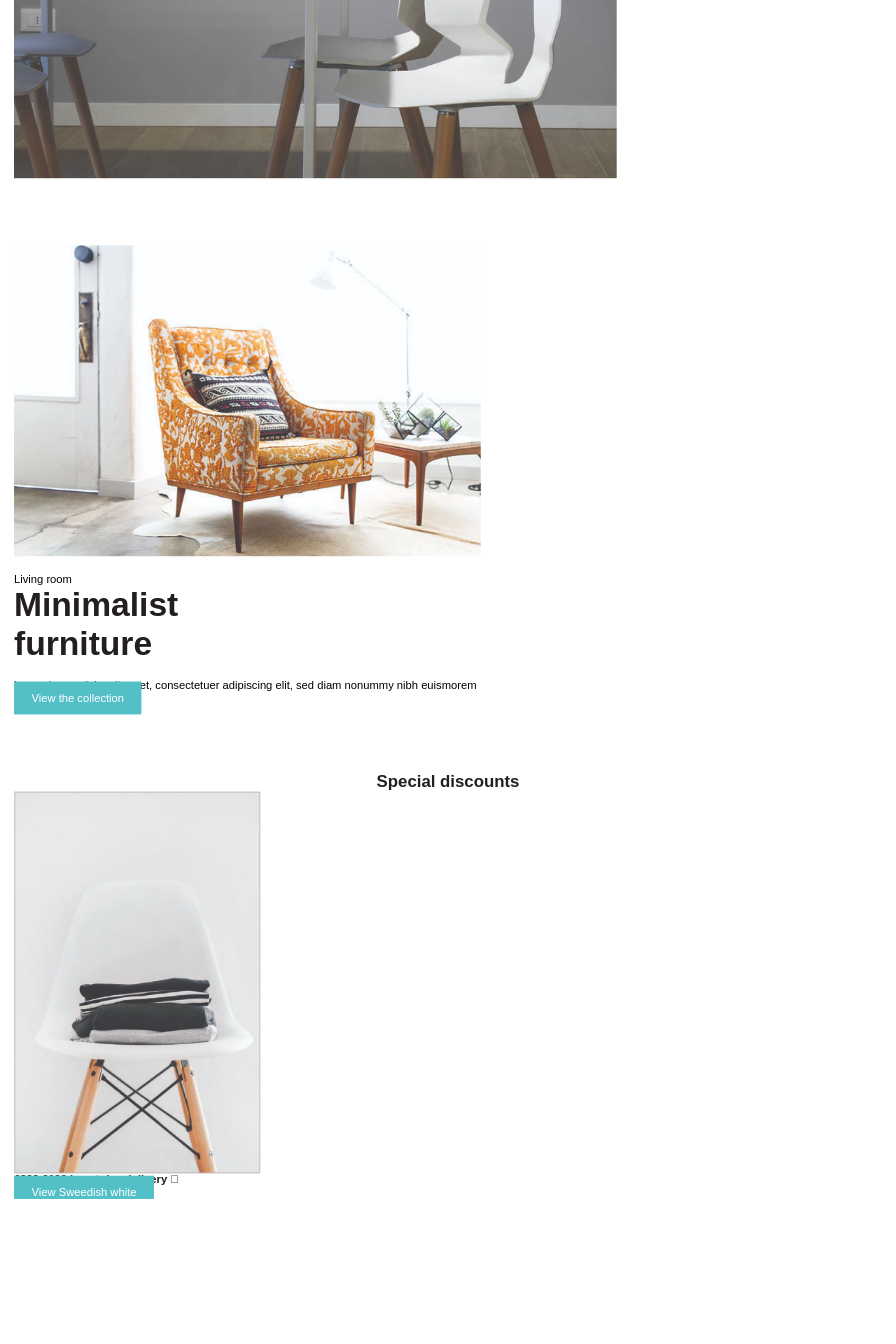
Repository: dinhhaidh/republic-web
Page: index.html
An editor plug-in stored every save of this project. The page is shown before and after the next save, followed by the edit.
The browser window is 1280 px wide. The pictures show the part of the page from y = 932 to 2852 px (the page is 2852 px tall before and 2694 px after), at 70% of full size.
Some web fonts or font styles are not loaded; a fallback is used. Some web libraries are served in a nearby version.

Above is the page before, as saved 2024-01-24 17:22:03.

### index.html
<!DOCTYPE html>
<html lang="en">
<head>
    <meta charset="UTF-8">
    <meta name="viewport" content="width=device-width, initial-scale=1.0">

    <!--=============== FAVICON ===============-->
    <link rel="shortcut icon" href="assets/img/favicon.png" type="image/x-icon">

    <!--=============== REMIXICONS ===============-->
    <link rel="stylesheet" href="https://cdn.jsdelivr.net/npm/remixicon@4.1.0/fonts/remixicon.min.css">

    <link
    rel="stylesheet"
    href="https://cdn.jsdelivr.net/npm/swiper@11/swiper-bundle.min.css"
  />

    <!--=============== CSS ===============-->
    <link rel="stylesheet" href="style.css">

    <title>Responsive </title>
</head>
<body>
    <!--==================== HEADER ====================-->
    <header class="header" id="header">
        <nav class="nav container">
            <a href="#" class="nav__logo">
                <img src="./img/logo.jpg" alt="image" class="nav__img">
            </a>
            <div class="nav__menu" id="nav-menu">
                <ul class="nav__list">
                    <li class="nav__item">
                        <a href="#home" class="nav__link">Home</a>
                    </li>
                    <li class="nav__item">
                        <a href="#bedroom" class="nav__link">Bedroom</a>
                    </li>
                    <li class="nav__item">
                        <a href="#lounge" class="nav__link">Lounge</a>
                    </li>
                    <li class="nav__item">
                        <a href="#kitchen" class="nav__link">Kitchen</a>
                    </li>
                    <li class="nav__item">
                        <a href="#lighting" class="nav__link">Lighting</a>
                    </li>
                </ul>
                <div class="nav__close" id="nav-close">
                    <i class="ri-close-line"></i>
                </div>
            </div>

            <form action="" class="nav__button">
                <div class="button">
                    <input type="text" placeholder="Find something..." class="form-control">
                    <i class="ri-search-line button__search"></i>
                </div>
                <div class="shopping">
                    <i class="ri-shopping-cart-line "></i>
                    <span class="shopping__quantity">0</span>
                </div>
            </form>
            <!-- toggle -->
            <div class="nav__toggle" id="nav-toggle">
                <i class="ri-menu-line"></i>
            </div>
        </nav>
    </header>

    <!--==================== MAIN ====================-->
    <main class="main">
        <!--==================== Home  ====================-->
        <section class="home section" id="home">
            <div class="home__container container">
                <div class="home__contennt">
                    <h1 class="home__title">Premium <br> collection</h1>
                    <p class="home__desc">
                        Lorem ipsum dolor sit amet, consectetuer adipiscing elit, sed diam nonummy nibh euismorem ipsum dolor sit amet, consectetuer adipiscing elit
                    </p>
                    <h4>£2,300</h4>
                    <a href="#" class="button__link">View the collection</a>
                </div>
                <div class="home__images">
                    <img src="./img/hom1.jpg" alt="" class="home__image">
                    <div class="home__span">
                        <span><a href="">Lorem ipsum dolor sit amet</a>    £2,300</span>
                        <span><a href="#"> Consectetuer adsed diam</a>    £2,300</span>
                    </div>
                </div>
            </div>
        </section>

        <!--==================== Bedroom ====================-->
        <section class="bedroom section" id="bedroom">
            <div class="bedroom__container container grid">
                <div class="bedroom__images">
                    <img src="./img/funitire1.jpg" alt="" class="bedroom__image">
                </div>
                <div class="bedroom__contennt">
                    <span>Living room</span>
                    <div class="bedroom-brick"></div>
                    <h2 class="home__title">Minimalist <br>
                        furniture</h2>
                    <p class="bedroom__desc">
                        Lorem ipsum dolor sit amet, consectetuer adipiscing elit, sed diam nonummy nibh euismorem
                    </p>
                    <a href="#" class="button__link">View the collection</a>
                </div>

            </div>
        </section>

        <!--==================== Lounge  ====================-->
        <section class="lounge  section" id="lounge ">
            <h2 class="lounge-title">Special discounts</h2>
            <div class="lounge__container container swiper">
                <div class="lounge__content swiper-wrapper">
                    <article class=" lounge__card swiper-slide">
                        <img src="./img/special1.jpg" alt="" class="lounge__img">
                        <h4><span>£299</span> £199  |  next day delivery  </h4>
                        <a href="#" class="button__link lounge__button">View Sweedish white</a>
                    </article>
                    <article class=" lounge__card swiper-slide">
                        <img src="./img/special2.jpg" alt="" class="lounge__img">
                        <h4><span>£299</span> £199  |  next day delivery  </h4>
                        <a href="#" class="button__link lounge__button">View Sweedish white</a>
                    </article>
                    <article class=" lounge__card swiper-slide">
                        <img src="./img/special3.jpg" alt="" class="lounge__img">
                        <h4><span>£299</span> £199  |  next day delivery  </h4>
                        <a href="#" class="button__link lounge__button">View Sweedish white</a>
                    </article>
                    <article class=" lounge__card swiper-slide">
                        <img src="./img/special4.jpg" alt="" class="lounge__img">
                        <h4><span>£299</span> £199  |  next day delivery  </h4>
                        <a href="#" class="button__link lounge__button">View Sweedish white</a>
                    </article>
                </div>
            </div>
        </section>

        <!--==================== Kitchen ====================-->
        <section class="kitchen  section" id="kitchen">

        </section>

        <!--==================== Lighting ====================-->
        <section class="lighting  section" id="lighting">

        </section>
    </main>

    <!--==================== FOOTER ====================-->
    <footer class="footer">

    </footer>

    <!--========== SCROLL UP ==========-->

    <script src="https://cdn.jsdelivr.net/npm/swiper@11/swiper-bundle.min.js"></script>


    <!--=============== SCROLLREVEAL ===============-->
    <script src=""></script>

    <!--=============== JQuery ===============-->
    <script src="https://code.jquery.com/jquery-3.7.1.slim.min.js" integrity="sha256-kmHvs0B+OpCW5GVHUNjv9rOmY0IvSIRcf7zGUDTDQM8=" crossorigin="anonymous"></script>

    <!--=============== MAIN JS ===============-->
    <script src="/js/main.js"></script>
</body>
</html>

### style.css
/*=============== GOOGLE FONTS ===============*/
@import url("https://fonts.cdnfonts.com/css/source-sans-pro");

/*=============== VARIABLES CSS ===============*/
:root {
  --header-height: 3.5rem;

  /*========== Colors ==========*/
  /*Color mode HSL(hue, saturation, lightness)*/
  --first-color: hsl(28, 88%, 62%);
  --first-color-alt: hsl(28, 84%, 58%);
  --title-color: hsl(0, 0%, 95%);
  --text-color: hsl(0, 0%, 75%);
  --text-color-light: hsl(0, 0%, 65%);
  --black-color: #231f20;
  --body-color: hsl(0, 0%, 6%);
  --container-color: hsl(0, 0%, 10%);

  /*========== Font and typography ==========*/
  /*.5rem = 8px | 1rem = 16px ...*/
  --body-font: "Montserrat", sans-serif;
  --second-font: "Dancing Script", cursive;
  --biggest-font-size: 2.5rem;
  --bigger-font-size: 2rem;
  --h1-font-size: 1.5rem;
  --h2-font-size: 1.25rem;
  --h3-font-size: 1rem;
  --normal-font-size: .938rem;
  --small-font-size: .813rem;

  /*========== Font weight ==========*/
  --font-regular: 400;
  --font-semi-bold: 600;
  --font-bold: 700;

  /*========== z index ==========*/
  --z-tooltip: 10;
  --z-fixed: 100;
}

/*========== Responsive typography ==========*/
@media screen and (min-width: 1150px) {
  :root {
    --biggest-font-size: 4.375rem;
    --bigger-font-size: 3rem;
    --h1-font-size: 2.25rem;
    --h2-font-size: 1.5rem;
    --h3-font-size: 1.25rem;
    --normal-font-size: 1rem;
    --small-font-size: .875rem;
  }
}

/*=============== BASE ===============*/
* {
  box-sizing: border-box;
  padding: 0;
  margin: 0;
}

html {
  scroll-behavior: smooth;
}

body,
button {
  font-family: var(--body-font);
  font-size: var(--normal-font-size);
}

body {
  /* color: var(--text-color); */
}

button {
  border: none;
  outline: none;
}

h1, h2, h3, h4 {
  color: var(--black-color);
  font-weight: var(--font-bold);
}

ul {
  list-style: none;
}

a {
  text-decoration: none;
}

img {
  display: block;
  max-width: 100%;
  height: auto;
}

/*=============== REUSABLE CSS CLASSES ===============*/
.container {
  max-width: 1240px;
  margin-inline: 1.5rem;
}

.grid {
  display: grid;
  gap: 1.5rem;
}

.section {
  padding-block: 5rem 1rem;
}

.section__title {
  font-size: var(--bigger-font-size);
  font-family: var(--second-font);
  margin-bottom: 1.5rem;
  text-align: center;
}

.main {
  overflow: hidden; /* For animation ScrollReveal */
}

/*=============== HEADER & NAV ===============*/
.header{
  position: fixed;
  width: 100%;
  top: 0;
  left: 0;
  background-color: transparent;
  z-index: var(--z-fixed);
  transition: .4s;
}
.nav{
  position: relative;
  height: var(--header-height);
  display: flex;
  align-items: center;
  justify-content: space-between;
}
.nav__img{
  width: 100px;
  transition: .4s;
}
.nav__toggle,
.nav__close{
  cursor: pointer;
  font-size: 1.5rem;
  color: black;
}
.form-control{
  padding: 13px 40px 13px 20px;
  border-radius: 25px
}
.nav__button{
  display:flex;
  align-items: center;
  justify-content: center;
  column-gap: 1.625rem;
}
.nav__link{
  color: var(--black-color);
  font-weight: var(--font-regular);
  font-family: 'Source Sans Pro', sans-serif;
}
.button{
  display: flex;
  position: relative;
}
.button input::placeholder{
  color: var(--black-color);
}
.button__search{
  position: absolute;
  top: 0.9rem;
  right: 1rem;
}
.shopping i{
  font-size: 1.25rem;
  position: relative;
}
.shopping__quantity{
  background-color: red;
    padding: 1px 3px;
    color: #fff;
    position: absolute;
    top: 1.8rem;
    right: 0.05rem;
    border-radius: 50%;
    font-size: .7rem;
}



/* Navigation for mobile devices */
@media screen and (max-width: 1023.98px) {
  .nav__menu {
    position: fixed;
    top: 0;
    right: -100%;
    background-color: #fff;
    backdrop-filter: blur(16px);
    -webkit-backdrop-filter: blur(16px);
    width: 80%;
    height: 100%;
    padding: 6rem 3rem 0px;
    transition: right .4s;
  }
  .nav__list{
    display: flex;
    flex-direction: column;
    row-gap: 2.5rem;
  }
  .nav__link{
    color: var(--black-color);
    font-weight: var(--font-semi-bold);
    transition: color .4s;
  }
  /* .nav__link:hover{

  } */
  .nav__close{
    position: absolute;
    top: 1rem;
    right: 1.5rem;
  }
  .nav__button{
    display: none;
  }
}


/* Show menu */
.show-menu{
  right: 0;
}

/* Add blur header */
.scroll-header {
  background-color: #fff;
  box-shadow: 0 1px 4px hsla(220, 4%, 15%, .1);
}

/* Active link */


/*=============== Home ===============*/
.home{
  padding-top: 5rem;
}
.home__container{
  display: flex;
  flex-direction: column;
  row-gap: 3rem;
}
.home__title{
  font-size: var(--bigger-font-size);
  margin-bottom: 1.5rem;
}
.home__desc{
  font-weight: var(--font-regular);
  color: var(--black-color);
  line-height: 1.5;
  margin-bottom: var(--h2-font-size);
}
.home h4{
  font-size: var(--h1-font-size);
  margin-bottom: var(--bigger-font-size);
}
.button__link{
  background-color: #53c0c7;
  padding: 15px 25px;
  color: #fff;
  font-weight: 400;
}
.home__span span:nth-child(1){
  position: absolute;
  right: 1rem;
  top: 1rem;
  color: #fff;
}
.home__span span:nth-child(2){
  right: 1rem;
  position: absolute;
  top: 2rem;
  color: #fff;
}
.home__span span a{
  color: #fff;
}
.home__images{
  position: relative;
}
.home__image{

}

/*=============== BUTTON ===============*/


/*=============== Bedroom ===============*/


/*=============== Lounge  ===============*/
.lounge{

}


.lounge-title{
  display:flex;
  align-items: center;
  justify-content: center;
}
.lounge__container{

}

.lounge__swiper{

}

.swiper-wrapper{

}
.lounge__data{

}
.swiper-slide{

}
.lounge__img{
  w
}
.button__link{

}
.lounge__button{

}

/*=============== Kitchen  ===============*/

/*=============== Lighting  ===============*/



/*=============== FOOTER ===============*/


/*=============== SCROLL BAR ===============*/


/*=============== SCROLL UP ===============*/


/* Show Scroll Up */


/*=============== BREAKPOINTS ===============*/
/* For small devices */
@media screen and (min-width: 1024px){
  .nav{
    height: calc(var(--header-height) + 2rem)
  }
  .nav__toggle,
  .nav__close{
    display: none;
  }
  .nav__list{
    display: flex;
    flex-wrap: nowrap;
    column-gap: 4rem;
  }
}
@media screen and (min-width: 1150px) {
  .container{
    margin-inline: auto;
  }


}

/* For medium devices */


/* For large devices */

### js/main.js
$(document).ready(function () {
  $("#nav-toggle").click(function () {
    $("#nav-menu").addClass("show-menu");
  });
  $("#nav-close").click(function () {
    $("#nav-menu").removeClass("show-menu");
  });
  $(window).scroll(function () {
    $("#header").toggleClass("scroll-header", $(this).scrollTop() >= 50);
  });
});
/*=============== SWIPER PRODUCTS ===============*/
var swiperLounge = new Swiper(".lounge__swiper", {
  // luot lien tuc
    spaceBetween: 32,
    grabCursor: true,
    centeredSlides: true,
    slidesPerView: "auto",
    loop: true,
    ////
    navigator: {
    nextEl: ".swiper-button-next",
    prevEl: ".swiper-button-prev",
    },

  // lích thước resposive
    breakpoints: {
        1240: {
        spaceBetween: 3,
    },
    },

  //
});

After the next save:
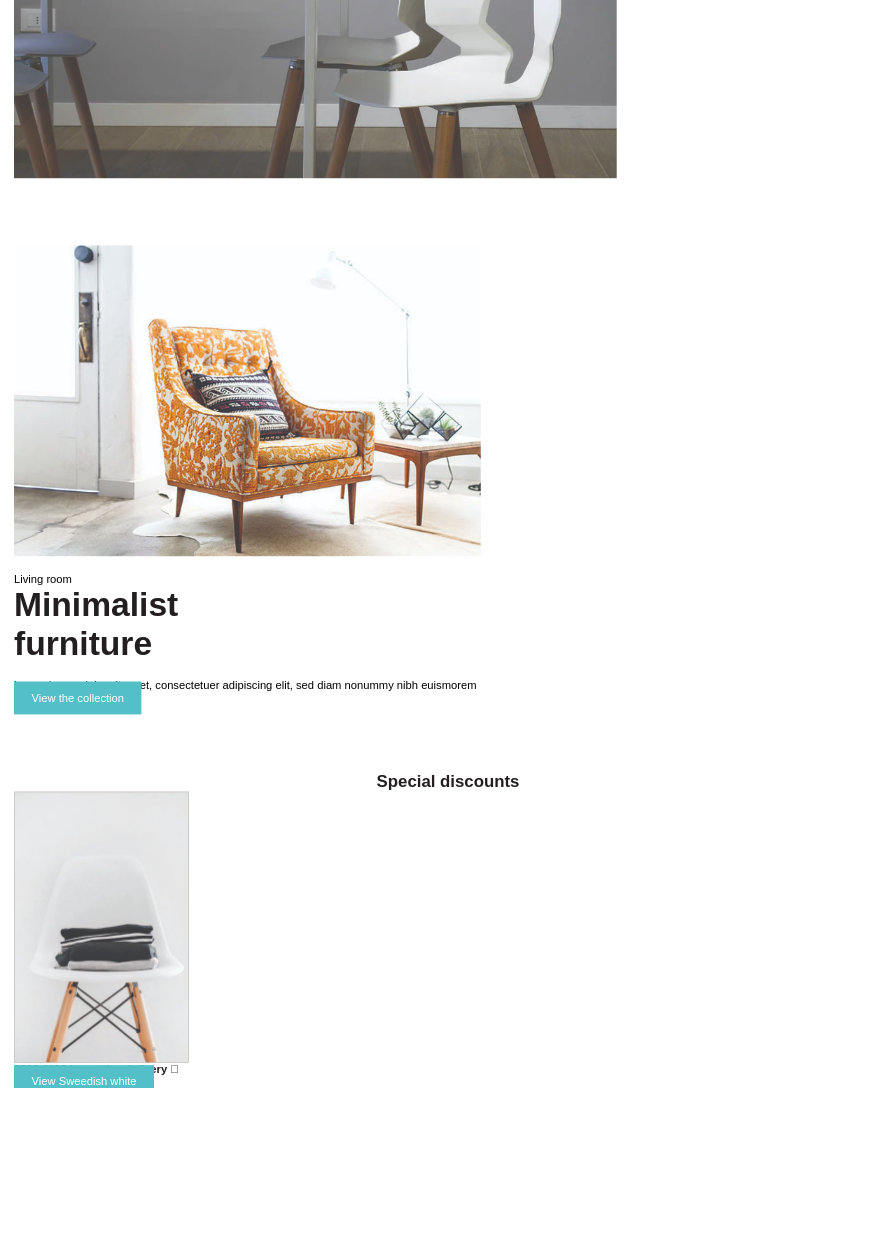
Saved 4 s later.
--- a/style.css
+++ b/style.css
@@ -331,7 +331,7 @@ img {
 
 }
 .lounge__img{
-  w
+  width: 250px;
 }
 .button__link{
 
